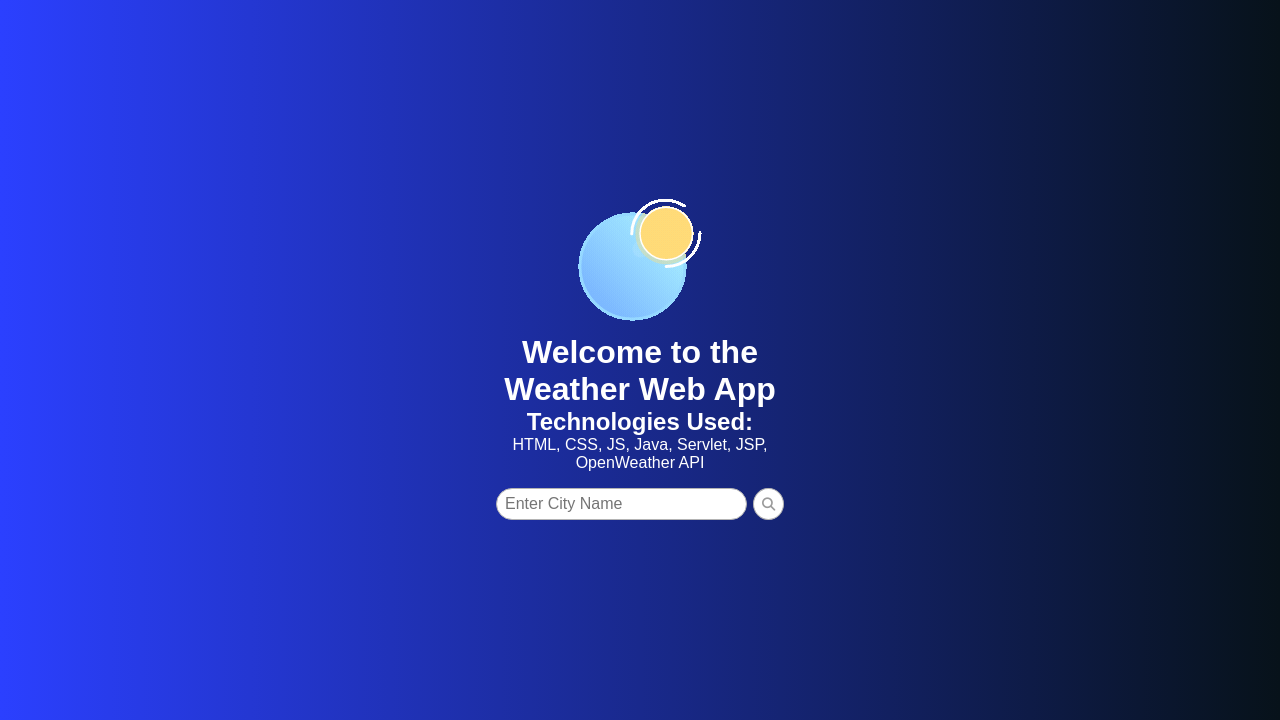
Repository: MinhajulMukthar/Weather-WebApp
Page: http://localhost/Weather_App/
An editor plug-in stored every save of this project. The page is shown before and after the next save, followed by the edit.
The browser window is 1280 px wide. The pictures show the whole page.
The page is served by Tomcat 10. Other server files are loaded and not shown.

Above is the page before, as saved 2024-09-26 02:12:57.

### Weather App/src/main/webapp/index.html
<!DOCTYPE html>
<html>
<head>
<meta charset="UTF-8">
<meta http-equiv="X-UA-Compatible" content="IE=edge">
<meta name="viewport" content="width=device-width, initial-scale=1.0">
<title>Weather App</title>
<link rel="icon" href="images/rain.png" type="image/png">
<link rel="stylesheet"
	href="https://cdnjs.cloudflare.com/ajax/libs/font-awesome/6.4.0/css/all.min.css" />
<link rel="stylesheet" href="style.css" />

</head>
<body>
	<div class="container">
		<img src="images/Animation.gif"
			style="height: 150px; width: auto; /* filter: drop-shadow(10px 10px 10px black) */;">
		<h1>Welcome to the Weather Web App</h1>

		<h2>Technologies Used:</h2>
		<p>HTML, CSS, JS, Java, Servlet, JSP, OpenWeather API</p>
		<form action="ServletWeb" method="post" class="searchInput">
			<input type="text" placeholder="Enter City Name" id="searchInput"
				 name="city" />
			<button id="searchButton">
				<i class="fa-solid fa-magnifying-glass"></i>
			</button>
		</form>
	</div>
</body>
</html>

### Weather App/src/main/webapp/style.css
    * {
  margin: 0;
  padding: 0;
  box-sizing: border-box;
  font-family: "Ubuntu", sans-serif;
}

body {
  display: flex;
  height: 100vh;
  /* align-items: center;
  justify-content: center; */
  background: linear-gradient(to right,  #2b40ff,#07121a);
}

.container{
		 	width: 25%;
        	margin: 0 auto;
			text-align: center;
            color: white;
            display: flex;
            flex-direction: column;
            align-items: center;
            justify-content: center;
            height: 100%;
}
.container h1{
	width: 100%;
}

.mainContainer {
  width: 25rem;
  height: auto;
  border-radius: 1rem;
  background: #fff;
  box-shadow: 0 14px 28px rgba(0,0,0,0.25),
			0 10px 10px rgba(0,0,0,0.22);
}

.searchInput {
  width: 100%;
  display: flex;
  padding: 1rem 1rem;
  justify-content: center;
}

.searchInput input {
  width: 100%;
  height: 2rem;
  outline: none;
  font-size: 1rem;
  color: #525050;
  padding: 0.2rem 0.5rem;
  border-radius: 1.5rem;
  border: 1px solid #b3b3b3;
}

.searchInput input:focus {
  border: 1px solid #9c9dde;
}

.searchInput button {
  width: 2.2rem;
  height: 2rem;
  cursor: pointer;
  color: #9b9b9b;
  border-radius: 50%;
  margin-left: 0.4rem;
  transition: all 0.3s ease;
  background-color: #fff;
  border: 1px solid #b3b3b3;
}

.searchInput button:hover {
  color: #fff;
  background-color: #9c9dde;
  border: 1px solid #9c9dde;
}

.weatherIcon {
  display: flex;
  padding-top: 0.5rem;
  padding-bottom: 0.5rem;
  justify-content: center;
}

.weatherIcon img {
  max-width: 100%;
  width: 8rem;
}

.weatherDetails .temp{
 font-size: 2rem;
}
.cityDetails {
  color: #323232;
  font-size: 2.5rem;
  text-align: center;
  margin-bottom: 0.5rem;
}

.cityDetails .date {
  color: #323232;
  font-size: 1.5rem;
  text-align: center;
  margin-bottom: 0.5rem;
}

.windDetails {
  display: flex;
  margin-top: 1rem;
  margin-bottom: 1.5rem;
  justify-content: space-around;
}

.windDetails .humidityBox {
  display: flex;
  font-size: 1rem;
  color: #323232;
}

.windDetails .humidity .humidityValue {
 text-align: center;
  font-size: 2rem;
  color: #323232;
}

.windDetails .humidityBox img {
  max-height: 3rem;
  margin-right: 0.5rem;
}

.windDetails .windSpeed {
  display: flex;
  font-size: 1rem;
  color: #323232;
}

.windDetails .windSpeed img {
  max-height: 3rem;
  margin-right: 0.5rem;
}


image-logo{
        height: auto;
        width: auto;
        filter: drop-shadow(20px 10px 10px black);
      }

After the next save:
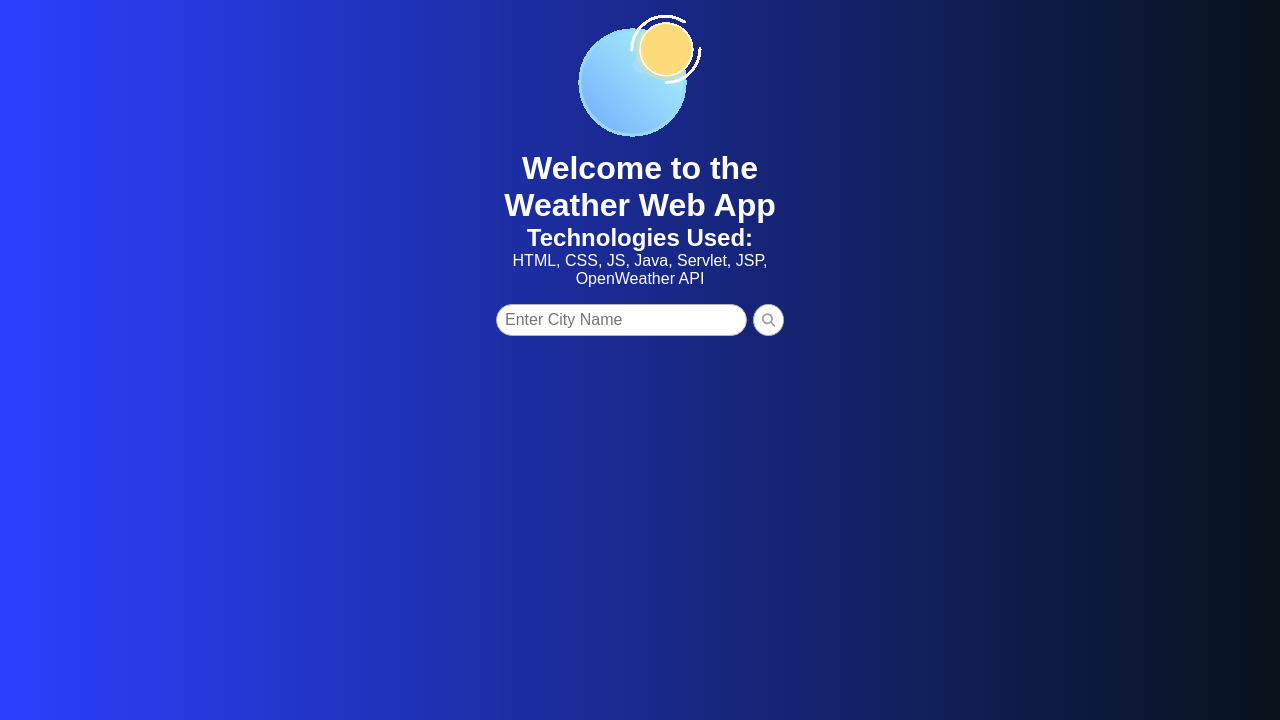
Saved 97 s later.
--- a/Weather App/src/main/webapp/style.css
+++ b/Weather App/src/main/webapp/style.css
@@ -6,8 +6,8 @@
 }
 
 body {
-  display: flex;
-  height: 100vh;
+  /* display: flex;
+  height: 100vh; */
   /* align-items: center;
   justify-content: center; */
   background: linear-gradient(to right,  #2b40ff,#07121a);

After the 2 saves that followed:
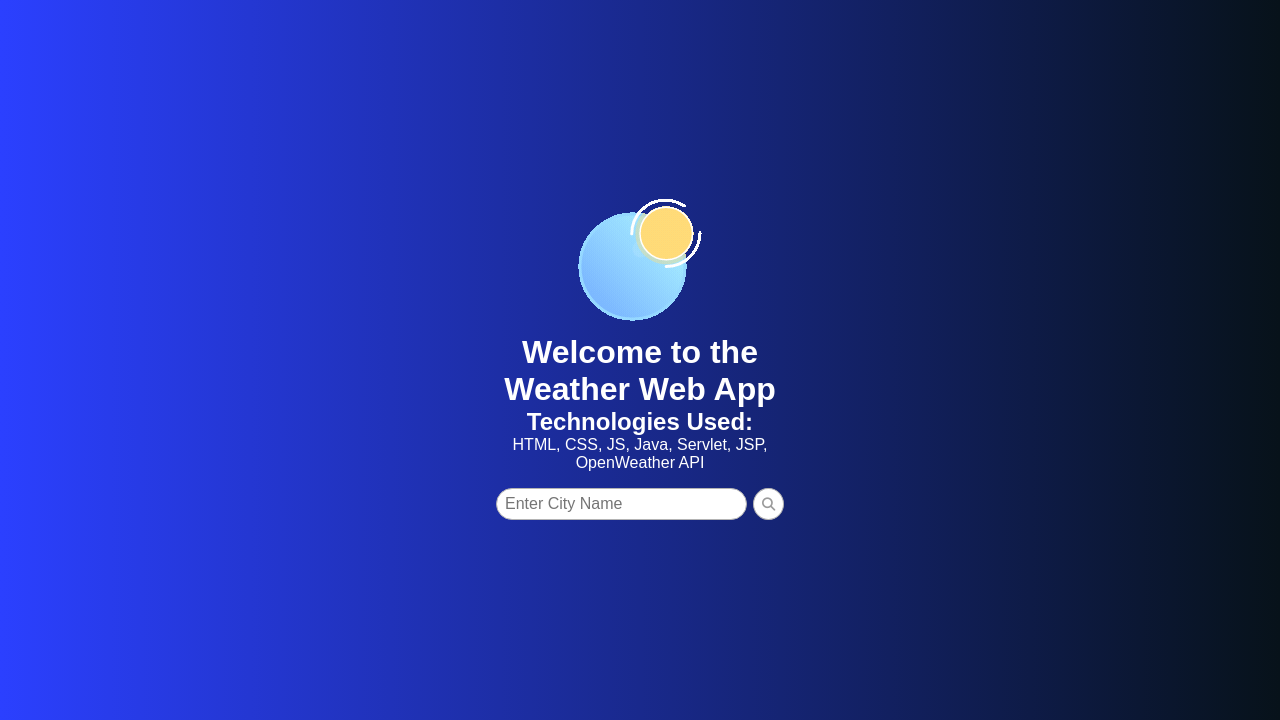
The 2 saves are shown as one change because 1 left the picture as it was.
The last was saved 79 s later.
--- a/Weather App/src/main/webapp/style.css
+++ b/Weather App/src/main/webapp/style.css
@@ -6,19 +6,19 @@
 }
 
 body {
-  /* display: flex;
-  height: 100vh; */
-  /* align-items: center;
-  justify-content: center; */
+  display: flex;
+  height: 100vh;
+  align-items: center;
+  justify-content: center;
   background: linear-gradient(to right,  #2b40ff,#07121a);
 }
 
 .container{
 		 	width: 25%;
+		 	display: flex;
         	margin: 0 auto;
 			text-align: center;
             color: white;
-            display: flex;
             flex-direction: column;
             align-items: center;
             justify-content: center;
